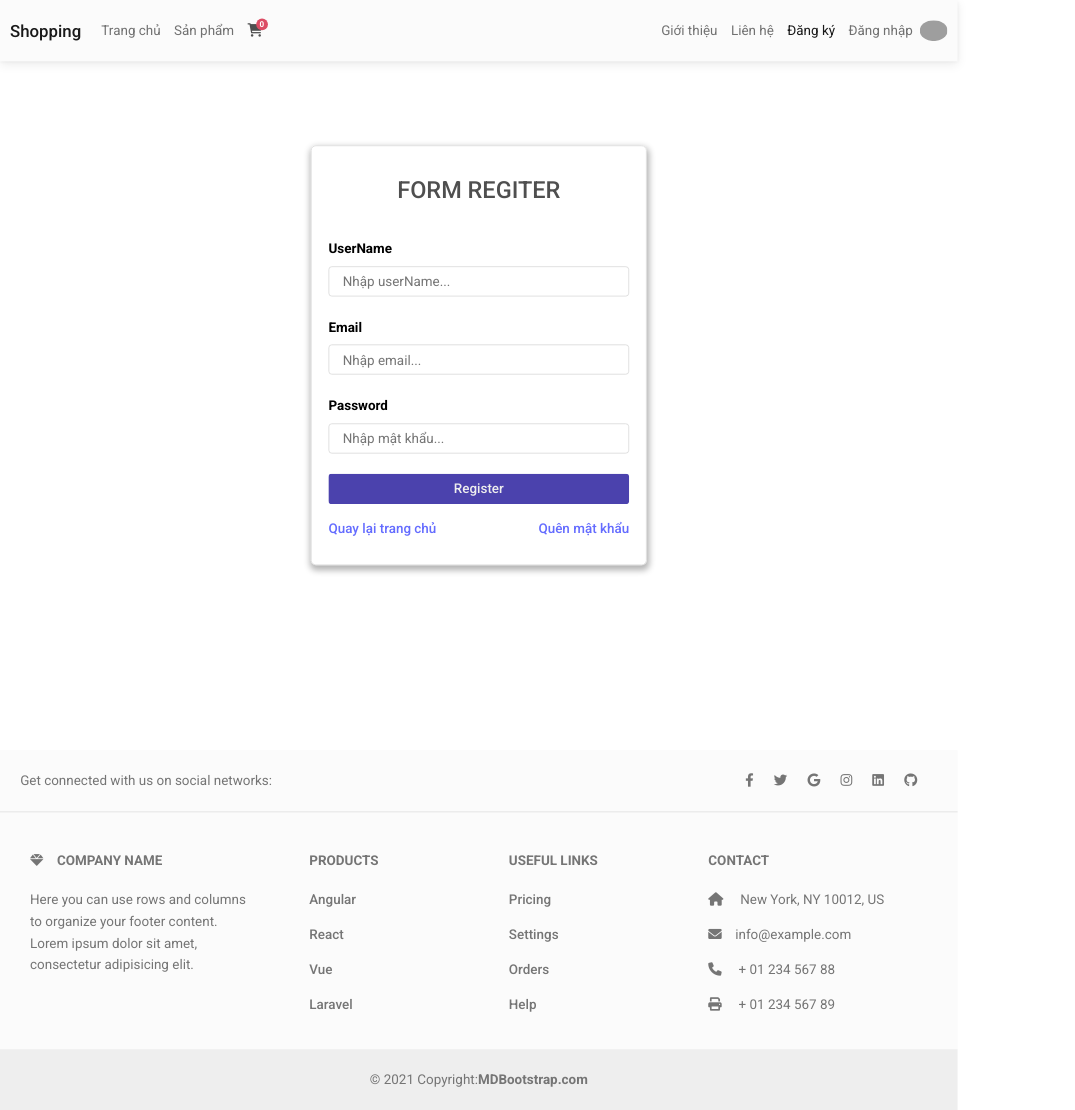
Repository: TinhTT336/MD02_Session10
Page: /register
The author's editor kept a copy of each file at every save. The page is drawn from the files as they stood at one save, then again after the next save.
The browser window is 1280 px wide. The pictures show the whole page, at 84% of full size.
Pictures or frames that could not be fetched are drawn as grey boxes. Some web libraries are served in a nearby version. The project was rebuilt for these pictures with package versions that can differ from the ones it lists, and the page was loaded fresh each time. Also part of the build but not shown: vite.config.js, src/pages/Home.jsx, src/common/formatMoney.js, src/actions/cartActions.js, src/pages/ListProduct.jsx, src/pages/Cart.jsx, src/components/base/backtop/backtop.css, src/components/base/backtop/BackToTop.jsx and 11 more.

Above is the page before, as saved 2023-09-08 17:34:15.

### index.html
<!DOCTYPE html>
<html lang="en">
  <head>
    <meta charset="UTF-8" />
    <link rel="icon" type="image/svg+xml" href="/vite.svg" />
    <meta name="viewport" content="width=device-width, initial-scale=1.0" />
    <title>Vite + React</title>
    <!-- Font Awesome -->
    <link
      href="https://cdnjs.cloudflare.com/ajax/libs/font-awesome/6.0.0/css/all.min.css"
      rel="stylesheet"
    />
    <!-- Google Fonts -->
    <link
      href="https://fonts.googleapis.com/css?family=Roboto:300,400,500,700&display=swap"
      rel="stylesheet"
    />
    <!-- MDB -->
    <link
      href="https://cdnjs.cloudflare.com/ajax/libs/mdb-ui-kit/6.4.1/mdb.min.css"
      rel="stylesheet"
    />
  </head>
  <body>
    <div id="root"></div>
    <script type="module" src="/src/main.jsx"></script>
    <script
      type="text/javascript"
      src="https://cdnjs.cloudflare.com/ajax/libs/mdb-ui-kit/6.4.1/mdb.min.js"
    ></script>
  </body>
</html>

### src/main.jsx
import React from 'react'
import ReactDOM from 'react-dom/client'
import App from './App.jsx'
import './index.css'
import { BrowserRouter } from 'react-router-dom'
import { Provider } from 'react-redux'
import { createStore } from 'redux'
import { reducer } from './reducers/index.js'

const store = createStore(reducer)
ReactDOM.createRoot(document.getElementById('root')).render(
  <React.StrictMode>
    <BrowserRouter>
      <Provider store={store}>
        <App />
      </Provider>
    </BrowserRouter>
  </React.StrictMode>,
)

### src/App.jsx

import { Route, Routes, useLocation } from 'react-router-dom'
import './App.css'
import Home from './pages/Home'
import ListProduct from './pages/ListProduct'
import Cart from './pages/Cart'
import About from './pages/About'
import Contact from './pages/Contact'
import Register from './pages/Register'
import Login from './pages/Login'
import ProductDetail from './pages/ProductDetail'
import { useEffect } from 'react'
import PrivateRouter from './pages/private/PrivateRouter'
import HomeAdmin from './pages/private/HomeAdmin'
import ManagerProduct from './pages/private/ManagerProduct'
import ManagerUser from './pages/private/ManagerUser'

function App() {
  const location = useLocation();
  useEffect(() => {
    window.scrollTo({ top: 0, behavior: "smooth" });
  }, [location.pathname])
  return (
    <>
      <Routes>
        {/* Router ai cung co the truy cap */}
        <Route path='/' element={<Home />}></Route>
        <Route path='/list-product' element={<ListProduct />}></Route>
        <Route path='/product/:id' element={<ProductDetail />}></Route>
        <Route path='/cart' element={<Cart />}></Route>
        <Route path='/about' element={<About />}></Route>
        <Route path='/contact' element={<Contact />}></Route>
        <Route path='/register' element={<Register />}></Route>
        <Route path='/login' element={<Login />}></Route>
        <Route path='/product-detail' element={<ProductDetail />}></Route>

        {/* Router chi admin moi co the truy cap */}
        <Route path='/admin' element={<PrivateRouter />}>
          {/* path ="/" duong dan tuyet doi */}
          <Route index element={<HomeAdmin />}></Route>
          <Route path='manager-product' element={<ManagerProduct />}></Route>
          <Route path='manager-user' element={<ManagerUser />}></Route>
        </Route>
      </Routes>
    </>
  )
}

export default App

### src/App.css
* {
  margin: 0;
  padding: 0;
  box-sizing: border-box;
}
/* .active {
  background-color: #efefef;
} */
/* body {
  max-width: 90%;
  margin: 0 auto;
} */

.nav-item .nav-link {
  padding: 15px;
}

.fa-cart-shopping {
  position: relative;
}

.fa-cart-shopping + span {
  position: absolute;
  top: -10px;
  right: -10px;
  background-color: red;
  color: white;
  border-radius: 50%;
  padding: 5px 10px;
}

### src/pages/Register.jsx
import React, { useState } from 'react'
import Navbar from '../layouts/Navbar'
import Footer from '../layouts/Footer'
import Button from "../components/base/button/Button";
import { Link } from 'react-router-dom';
import Password from 'antd/es/input/Password';


export default function Register() {
    const [user, setUser] = useState({
        userName: "",
        email: "",
        password: "",
    })
    const handleChange = (e) => {
        const { name, value } = e.target;
        setUser({
            ...user, [name]: value,
        })
    }

    return (
        <div>
            <Navbar />
            <div style={{ minHeight: "100vh", marginTop: 100 }} className='d-flex justify-content-center align-item-center'>
                <form className='form-container'>
                    <h3 className='form-heading text-center p-3'>FORM REGITER</h3>
                    <div className='form-group mt-4'>
                        <label className='form-label' htmlFor="userName">UserName</label>
                        <input onChange={handleChange} className='form-input' type="text" name='userName' id="userName" placeholder='Nhập userName...' />
                    </div>
                    <div className='form-group mt-4'>
                        <label className='form-label' htmlFor="email">Email</label>
                        <input onChange={handleChange} className='form-input' type="text" name='email' id="email" placeholder='Nhập email...' />
                    </div>
                    <div className='form-group mt-4'>
                        <label className='form-label' htmlFor="password">Password</label>
                        <input onChange={handleChange} className='form-input' type="password" name='password' id="password" placeholder='Nhập mật khẩu...' />
                    </div>
                    <div className='mt-4'>
                        <Button size="100%" title='Register' type='primary' />
                    </div>
                    <div className='mt-3 d-flex justify-content-between'>
                        <Link to={"/"}>Quay lại trang chủ</Link>
                        <Link>Quên mật khẩu</Link>
                    </div>
                </form>
            </div>
            <Footer />
        </div>
    )
}

### src/layouts/Navbar.jsx
import React from 'react'
import { useSelector } from 'react-redux'
import { Link, NavLink } from 'react-router-dom'

export default function Navbar() {
    const carts = useSelector(cart => cart.listCart);
    return (
        <div>
            <>
                {/* Navbar start */}
                {/* Navbar */}
                <nav className="navbar navbar-expand-lg navbar-light bg-light">
                    {/* Container wrapper */}
                    <div className="container-fluid">
                        {/* Toggle button */}
                        <button
                            className="navbar-toggler"
                            type="button"
                            data-mdb-toggle="collapse"
                            data-mdb-target="#navbarSupportedContent"
                            aria-controls="navbarSupportedContent"
                            aria-expanded="false"
                            aria-label="Toggle navigation"
                        >
                            <i className="fas fa-bars" />
                        </button>
                        {/* Collapsible wrapper */}
                        <div className="collapse navbar-collapse" id="navbarSupportedContent">
                            {/* Navbar brand */}
                            <a className="navbar-brand mt-2 mt-lg-0" >
                                {" "}
                                Shopping{" "}
                            </a>
                            {/* Left links */}
                            <ul className="navbar-nav me-auto mb-2 mb-lg-0">
                                <li className="nav-item">
                                    <NavLink to={"/"} className="nav-link" >
                                        Trang chủ
                                    </NavLink>
                                </li>
                                <li className="nav-item">
                                    <NavLink to={"/list-product"} className="nav-link" >
                                        Sản phẩm
                                    </NavLink>
                                </li>
                                <li className="nav-item">
                                    {/* Icon */}
                                    <Link to={"/cart"} className="text-reset me-3 nav-link" >
                                        <i className="fas fa-shopping-cart" />
                                        <span className="badge rounded-pill badge-notification bg-danger">
                                            {carts.length}
                                        </span>
                                    </Link>
                                </li>
                            </ul>
                            {/* Left links */}
                        </div>
                        {/* Collapsible wrapper */}
                        {/* Right elements */}
                        <div className="d-flex align-items-center">
                            <ul className="navbar-nav me-auto mb-2 mb-lg-0">
                                <li className="nav-item">
                                    <NavLink to={"/about"} className="nav-link" >
                                        Giới thiệu
                                    </NavLink>
                                </li>
                                <li className="nav-item">
                                    <NavLink to={"/contact"} className="nav-link" >
                                        Liên hệ
                                    </NavLink>
                                </li>
                                <li className="nav-item">
                                    <NavLink to={"/register"} className="nav-link" >
                                        Đăng ký
                                    </NavLink>
                                </li>
                                <li className="nav-item">
                                    <NavLink to={"/login"} className="nav-link" >
                                        Đăng nhập
                                    </NavLink>
                                </li>
                            </ul>
                            {/* Avatar */}
                            <div className="dropdown">
                                <a
                                    className="dropdown-toggle d-flex align-items-center hidden-arrow"

                                    id="navbarDropdownMenuAvatar"
                                    role="button"
                                    data-mdb-toggle="dropdown"
                                    aria-expanded="false"
                                >
                                    <img
                                        src="https://mdbcdn.b-cdn.net/img/new/avatars/2.webp"
                                        className="rounded-circle"
                                        height={25}
                                        alt="Black and White Portrait of a Man"
                                        loading="lazy"
                                    />
                                </a>
                                <ul
                                    className="dropdown-menu dropdown-menu-end"
                                    aria-labelledby="navbarDropdownMenuAvatar"
                                >
                                    <li>
                                        <a className="dropdown-item" >
                                            My profile
                                        </a>
                                    </li>
                                    <li>
                                        <a className="dropdown-item" >
                                            Settings
                                        </a>
                                    </li>
                                    <li>
                                        <a className="dropdown-item" >
                                            Logout
                                        </a>
                                    </li>
                                </ul>
                            </div>
                        </div>
                        {/* Right elements */}
                    </div>
                    {/* Container wrapper */}
                </nav>
                {/* Navbar end */}
            </>

        </div>
    )
}

### src/components/base/button/Button.jsx
import React from 'react';
import "./button.css";

export default function Button({ title, size, type }) {
    const styleObj = {
        width: size,
    }
    return (
        <>
            <button style={styleObj} className={`t-button t-button-${type}`}>
                {title}
            </button>
        </>
    )
}

### src/pages/login.css
.form-container {
  border: 1px solid #dadada;
  padding: 20px;
  width: 400px;
  height: 500px;
  border-radius: 6px;
  box-shadow: 1px 4px 8px 2px rgba(0, 0, 0, 0.3);
}
.form-group {
  display: flex;
  flex-direction: column;
  margin-bottom: 8px;
}
.form-label {
  font-weight: 600;
  color: #000;
}
.form-input {
  height: 36px;
  padding: 0 16px;
  border-radius: 4px;
  outline: none;
  border: 1px solid #dadada;
}

### src/components/base/button/button.css
.t-button {
  height: 36px;
  border: 1px solid transparent;
  border-radius: 4px;
  padding: 0 16px;
  min-width: 80px;
  /* line-height: 36px; */
  cursor: pointer;
  background-color: #efefef;
}

.t-button-primary {
  background-color: rgba(51, 41, 162, 0.882);
  color: #eee;
}
.t-button-primary:hover {
  background-color: rgba(0, 0, 0, 0.9);
  color: #fff;
}
.t-button-primary:focus {
  background-color: rgba(0, 0, 0, 0.9);
  color: #fff;
}
.t-button-danger {
  background-color: #ff4d4f !important;
}
.t-button-danger:hover {
  background-color: #f5292c !important;
  color: #fff;
}
.t-button-danger:focus {
  background-color: #ef0d11 !important;
  color: #fff;
}

### src/layouts/admin/sidebar/sidebar.css
/* .sidebar-admin {
  width: 230px;
  min-height: 100vh;
  color: #afafaf;
  padding: 5px;
}

.router-item {
  padding: 10px;
  border-bottom: 1px solid rgba(255, 255, 255, 0.1);
  cursor: pointer;
  transition: all.3s ease;
  color: #dfdcdc !important;
  font-size: 14px;
  font-weight: 600;
  display: flex;
  align-items: center;
  position: relative;
  z-index: 1;
  padding: 10px 20px 10px 20px;
  background-color: rgba(255, 255, 255, 0.1);
  border-radius: 5px;
  transition: all.3s ease;
  box-shadow: 0 1px 3px rgba(0, 0, 0, 0.12), 0 1px 2px rgba(0, 0, 0, 0.24);
}

.router-item:hover {
  background-color: rgba(255, 255, 255, 0.2);
  box-shadow: 0 14px 26px -12px rgba(0, 0, 0, 0.42),
    0 4px 23px 0px rgba(0, 0, 0, 0.12), 0 8px 10px -5px rgba(0, 0, 0, 0.2);
  color: #fff !important;
}

.router-item:hover.router-item-icon {
  color: #fff;
}

.router-item-icon {
  font-size: 20px;
  margin-right: 10px;
}

.router-item-title {
  font-size: 14px;
  font-weight: 600;
} */

.m-menu {
  width: 230px;
  background-color: #393a3d;
  color: #fff;
  overflow-y: auto;
}

.m-menu a {
  color: #efe3e3;
  text-decoration: none;
  cursor: pointer;
}

.m-logo-container {
  height: 56px;
  width: 230px;
  display: flex;
  align-items: center;
  /* justify-content: center; */
}

.m-logo-icon {
  height: 56px;
  width: 100%;
  border-right: 1px solid #dadada;
}

.m-menu-item {
  height: calc(100vh - 62px);
  overflow: auto;
}

.m-item-router {
  height: 50px;
  display: flex;
  align-items: center;
  padding-right: 14px;
  padding-left: 8px;
  border-left: 6px solid transparent;
  position: relative;
}

.m-item-router.active::before,
.m-item-router:hover::before {
  content: "";
  color: #fff;
  background: rgb(212, 215, 220);
  opacity: 0.2;
  width: calc(100% + 6px);
  height: 50px;
  left: -6px;
  top: 0px;
  position: absolute;
}

@media screen and (max-width: 600px) {
  .m-item-router .m-item-title {
    display: none;
  }

  .m-menu {
    width: 48px;
  }

  .m-logo-icon {
    height: 70px;
  }
  .collapse {
    left: 8px;
  }
  .collapse .m-item-title {
    display: none;
  }

  .m-navbar {
    height: 48px !important;
  }
}

.m-icon-15-fs {
  margin-right: 8px;
}

Loaded but not shown: src/index.css (common file); src/data/products.json (44 lines, source omitted); src/reducers/listCart.js (96 lines, source omitted); src/reducers/index.js (5 lines, source omitted); src/contrains/actionTypes.js (4 lines, source omitted); src/reducers/listProduct.js (4 lines, source omitted); src/layouts/Footer.jsx (153 lines, source omitted)

After the next save:
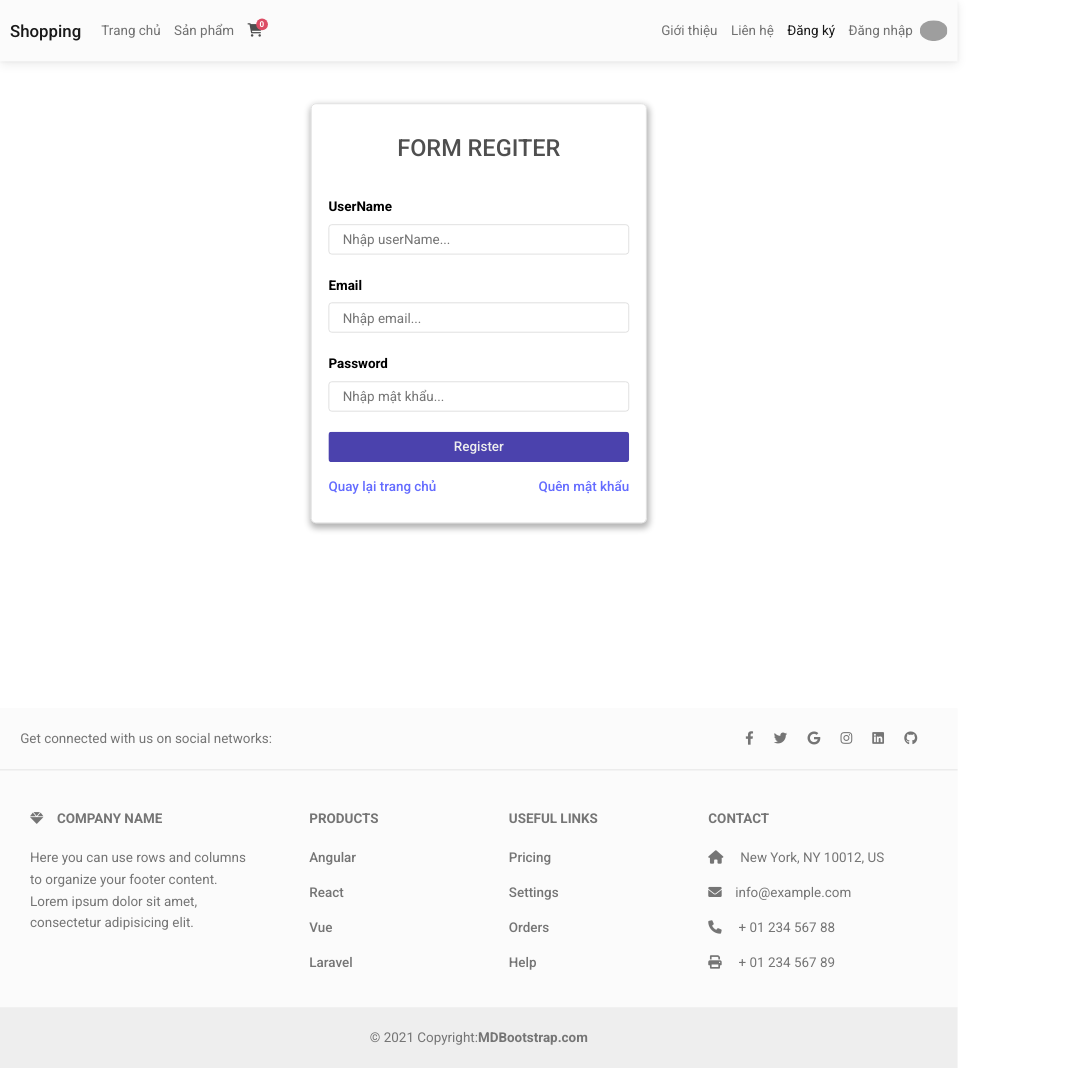
Saved 41 s later.
--- a/src/pages/Register.jsx
+++ b/src/pages/Register.jsx
@@ -22,7 +22,7 @@ export default function Register() {
     return (
         <div>
             <Navbar />
-            <div style={{ minHeight: "100vh", marginTop: 100 }} className='d-flex justify-content-center align-item-center'>
+            <div style={{ minHeight: "100vh", marginTop: 50 }} className='d-flex justify-content-center align-item-center'>
                 <form className='form-container'>
                     <h3 className='form-heading text-center p-3'>FORM REGITER</h3>
                     <div className='form-group mt-4'>
